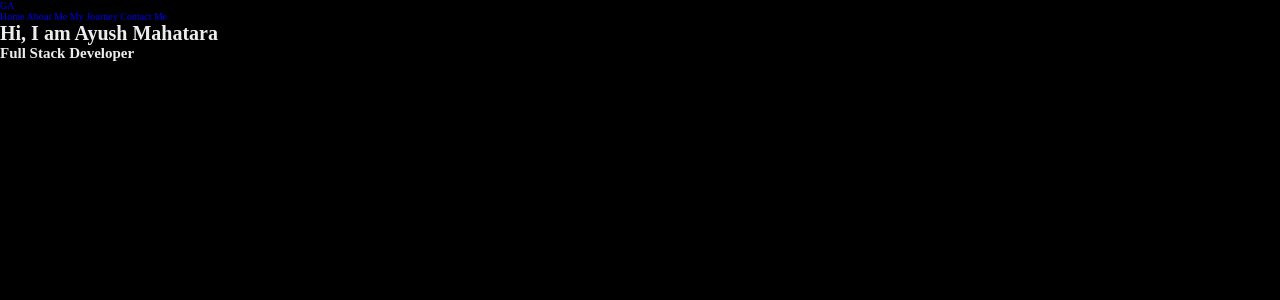
Repository: AyushMahatara/personal-website
Page: New folder/index.html
The author's editor kept a copy of each file at every save. The page is drawn from the files as they stood at one save, then again after the next save.
The browser window is 1280 px wide. The pictures show the whole page.

Above is the page before, as saved 2023-08-09 23:14:54.

### New folder/index.html
<!DOCTYPE html>
<html lang="en">
  <head>
    <meta charset="UTF-8" />
    <meta name="viewport" content="width=device-width, initial-scale=1.0" />
    <link rel="stylesheet" href="/style.css" />
    <title>GA</title>
  </head>

  <style></style>
  <body>
    <header class="header">
      <a href="#" class="logo">GA</a>
      <nav>
        <a href="#">Home</a>
        <a href="#">About Me</a>
        <a href="#">My Journey</a>
        <a href="#">Contact Me</a>
        <!-- <a href="#">Home</a> -->
      </nav>
      <div class="intro">
        <h1>Hi, I am Ayush Mahatara</h1>
        <h2>Full Stack Developer</h2>
      </div>
    </header>
    <!-- <div class="second">
      <h2>ABOUT ME</h2>
      <div class="profilePic">
        <img src="" alt="" />
      </div>
      <div class="aboutMe"></div>
    </div>

    <div class="third">
      <h2>MY JOURNEY</h2>
      <div class="experience"></div>
    </div>

    <div class="contactMe">
      <div>
        <form action="">
          <div>
            <label for="">Full Name:</label>
            <input type="text" />
          </div>
          <div>
            <label for="">Email:</label>
            <input type="email" required />
          </div>
          <div>
            <label for="">Message:</label>
            <input type="textarea" />
            <div>
              <button type="submit">Send</button>
            </div>
          </div>
        </form>
      </div>
    </div> -->

    <footer>
      <div>
        <div>
          <a href=""></a>
          <a href=""></a>
        </div>
      </div>
    </footer>
  </body>
</html>

### New folder/style.css
* {
  margin: 0;
  padding: 0;
  text-decoration: none;
  box-sizing: border-box;
  border: none;
  scroll-behavior: smooth;
}

:root {
  --bg-color: #000000;
  --second-bg-color: #112e42;
  --text-color: #ededed;
  --main-color: #00abf0;
}

html {
  font-size: 62.5%;
  overflow-x: hidden;
}

body {
  background: var(--bg-color);
  color: var(--text-color);
}

.header {
  position: fixed;
}

After the next save:
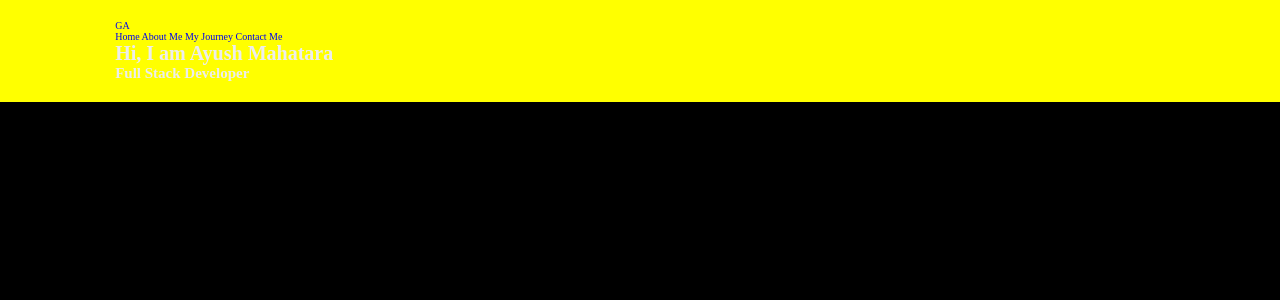
Saved 42 s later.
--- a/New folder/style.css
+++ b/New folder/style.css
@@ -26,4 +26,9 @@ body {
 
 .header {
   position: fixed;
+  top: 0;
+  left: 0;
+  width: 100%;
+  padding: 2rem 9%;
+  background: yellow;
 }
